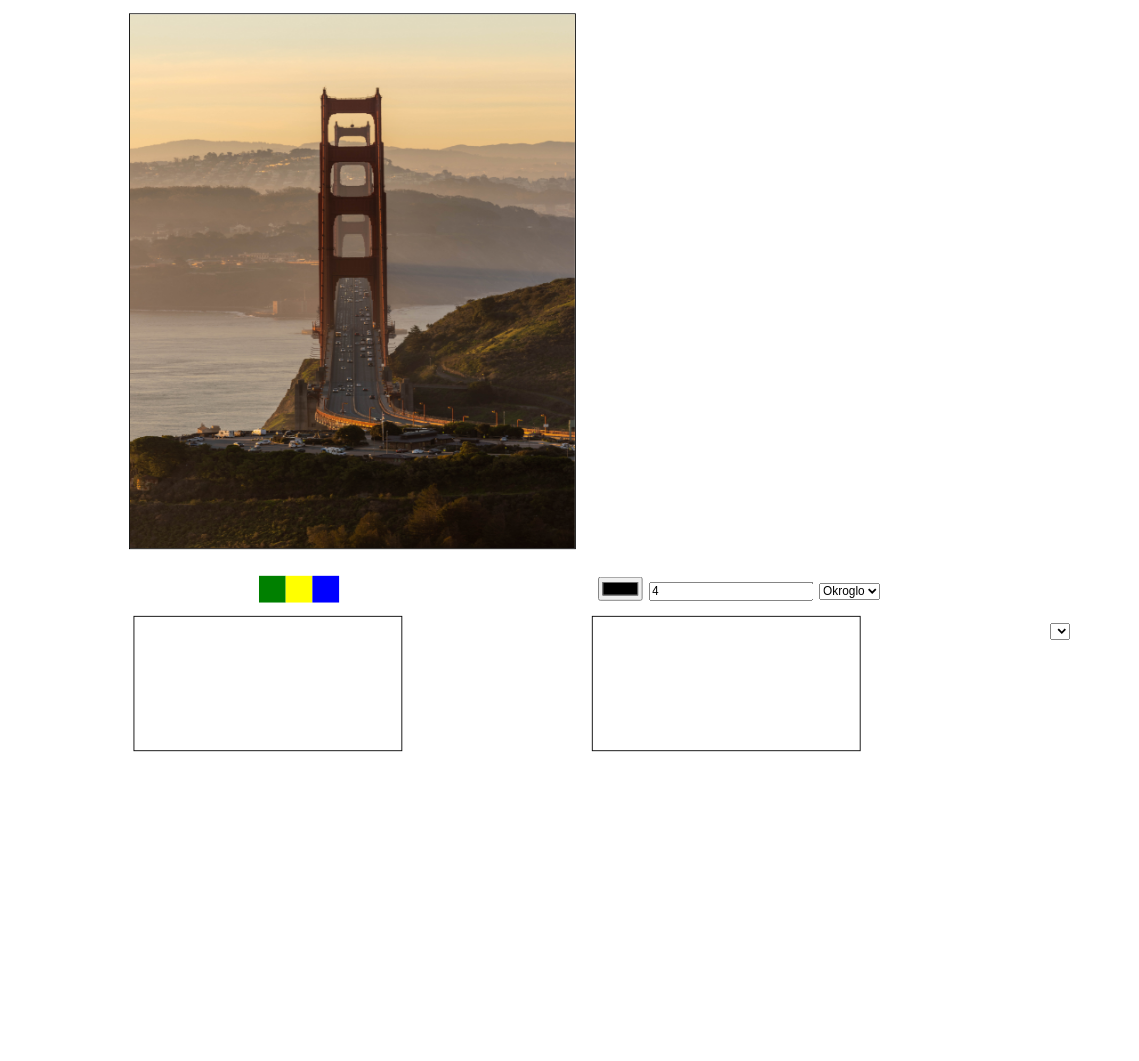
Repository: fussionko/web_photoshop
Page: index.html
These files come from the project's save history. The page is drawn as it stood at one moment and after the next save; the edit follows.
The browser window is 1280 px wide. The pictures show the whole page, at 89% of full size.
Some web libraries are served in a nearby version.

Above is the page before, as saved 2022-05-11 14:58:39.

### index.html
<!doctype html>
<html lang="en">
    <head>
        <meta charset="utf-8">
        <meta name="viewport" content="width=device-width, initial-scale=1">

        <title>Slike</title>
        <link rel="stylesheet" href="style.css">
    </head>
    <body>
        <div id="container-main">
            <canvas id="main_canvas"></canvas>
            <div id="container-buttons"></div>
            <div id="container-controls"></div>
        </div>
        <div id="container-assist">
            <div id="container-history"><div id="history-back"></div><div id="history-fow"></div><div id="history-reset"></div></div>
            <div id="container-color">
                <input type="color" id="color" value="#000000">
                <input type="number" id="brush-size" step="1" value="4">
                <select id="cap-type">
                    <option value="butt">Butt</option>
                    <option value="round" selected>Okroglo</option>
                    <option value="square">Kvadrat</option>
                </select>
            </div>
        </div>
        <div id="container-histogram">
            <div>
                <canvas id="main-chart"></canvas>
            </div>
            <div>
                <canvas id="main-graph"></canvas>
            </div>
            <div id="container-graph-data">
                <select id="basket-num"></select>
            </div>
        </div>
        <script src="https://cdnjs.cloudflare.com/ajax/libs/Chart.js/3.7.1/chart.min.js"></script>
        <script src="filters.js"></script>
        <script src="draw.js"></script>
        <script src="history.js"></script>
        <script src="graph.js"></script>
        <script src="main.js"></script>
    </body>
</html>

### style.css
html {
    margin: 0;
    width: 100%;
    height: 100%;

    background-color: white !important;
}
body {
    margin: 0;

    display: grid;
    align-items: center;

    font-size: 25px;
    background-color: white !important;
    width: 100%;
    height: 100%;

}

#container-main, #container-assist, #container-historgram {
    margin: 15px 0;
}

#container-main {
    display: flex;
}

#main_canvas {
    align-self: center;
    justify-self: center;
}

#container-main {
    width: 100%;
    display: grid;
    grid-template-columns: auto auto 200px;
    align-items: center;
    justify-content: space-evenly;

}
canvas {

    border: 1px solid black;
}

.button-function {
    border: 1px solid black;
    padding: 5px;
    margin: 5px;;
}

#container-assist {
    display: grid;
    grid-template-columns: auto auto ;
    justify-content: space-evenly;
}

#container-history {
    display: flex;

}

#history-back, #history-fow, #history-reset {
    width: 30px;
    height: 30px;
}

#history-fow {
    background-color: yellow;
}

#history-back {
    background-color: green;
}

#history-reset {
    background-color: blue;
}

#container-histogram {
    display: grid;
    grid-template-columns: 1fr 1fr 100px;
    margin-left: 150px;
    margin-bottom: 100px;
    height: 500px;
}

### draw.js
function loadDraw()
{
    document.addEventListener('mousemove', draw);
    document.addEventListener('mousedown', function(e){
        setPosition(e);
        draw(e);
    });
    document.addEventListener('mouseenter', setPosition);
    document.addEventListener('mouseup', function(e){
        if(e.clientX > canvas_x_position + canvas_width || e.clientX < canvas_x_position) return;
        if(e.clientY > canvas_y_position + canvas_height || e.clientY < canvas_y_position) return;
        loadImage(getPixelData());
    });

    document.getElementById("color").addEventListener("change", function(){
        draw_color = this.value;
    });

    document.getElementById("brush-size").addEventListener("change", function(){
        brush_size = parseInt(this.value);
    });

    document.getElementById("cap-type").addEventListener("change", function(){
        cap_type = this.value;
    });
}

let pos = {x:0, y:0}

function setPosition(e)
{
    pos.x = e.clientX - canvas_x_position;
    pos.y = e.clientY - canvas_y_position;
}

let draw_color = "#000000";
let brush_size = 4;
let cap_type = "round";
function draw(e)
{
    if (e.buttons !== 1) return;

    main_ctx.beginPath(); // begin

    main_ctx.lineWidth = brush_size;
    main_ctx.lineCap = cap_type;
    main_ctx.strokeStyle = draw_color;

    main_ctx.moveTo(pos.x, pos.y); // from
    setPosition(e);
    main_ctx.lineTo(pos.x, pos.y); // to

    main_ctx.stroke(); // draw it!


}

function delete_draw(e)
{
    if (e.buttons !== 1) return;

    main_ctx.beginPath(); // begin

    main_ctx.lineWidth = brush_size;
    main_ctx.lineCap = 'round';
    main_ctx.strokeStyle = draw_color;

    main_ctx.moveTo(pos.x, pos.y); // from
    setPosition(e);
    main_ctx.lineTo(pos.x, pos.y); // to

    main_ctx.stroke(); // draw it!
}

### history.js
function loadHistory()
{
    document.getElementById("history-back").addEventListener("click", function(){
        if(moveBackwardHistory() == -1) return;
        loadImageHistory();
    })

    document.getElementById("history-fow").addEventListener("click", function(){
        if(moveFowardHistory() == -1) return;
        loadImageHistory();
    })

    document.getElementById("history-reset").addEventListener("click", function(){
        let draw_image = new ImageData(canvas_width, canvas_height);
        draw_image.data.set(original_img_data);
        history = [draw_image.data];
        currentHistoryIndex = 1;
        current_filter_data["filter"] = "original";
        current_filter_data["index"] = 1;
        current_filter_data["data"] = draw_image.data;
        loadImageHistory();
    })
}

let history = [];
let currentHistoryIndex = 0;
function addToHistory(img_data)
{
    if(checkSame(img_data, history[history.length-1]) == 1) return;
    if(currentHistoryIndex != history.length)
        removeHistoryToIndex();

    history.push(img_data);
    currentHistoryIndex++;
}

function removeHistoryToIndex()
{
    history.splice(currentHistoryIndex, history.length-currentHistoryIndex)
}

function moveFowardHistory()
{
    if(currentHistoryIndex+1 > history.length) return -1;
    currentHistoryIndex++;
    return 1;
}

function moveBackwardHistory()
{
    if(currentHistoryIndex-1 <= 0) return -1;
    currentHistoryIndex--;
    return 1;
}

function getCurrentHistory()
{
    return history[currentHistoryIndex];
}

### graph.js
const graph_width = 265;
const graph_height = 250;

const chart_width = 600;
const chart_height = 500;

let main_graph;
let graph_ctx;

let chart_ctx;

let normalization_value = 35;
let graph_offset = 5;

let main_chart;

function initGraph()
{
    main_graph = document.getElementById("main-graph");
    graph_ctx = main_graph.getContext('2d');
    main_graph.width = graph_width;
    main_graph.height = graph_height;

    main_chart = document.getElementById("main-chart")
    chart_ctx = main_chart.getContext('2d');
    main_chart.width = chart_width;
    main_chart.height = chart_height;

    let select_basket = document.getElementById("basket-num")
    for(let i = 0; i <= 255; i++)
        if(255%i == 0)
        {
            let option = document.createElement("option");
            option.value = i;
            option.innerText = i;
            if(i == 255)
                option.selected = 1;
            select_basket.appendChild(option);
        }

    document.getElementById("basket-num").addEventListener("change", function(){
        let value = parseInt(this.value);
        basket_num = value;
        all_new_graphs(getPixelData());
    });

    clear_graph()
    create_graph()

    main_chart = new Chart(
        chart_ctx,
        config
    );

}

function all_new_graphs(img_data)
{
    clear_graph()
    create_graph()
    count_Pixel(img_data);

    updateLabels()
    addData(main_chart);



    normalizeGraph();
    draw_graph()
}

function clear_graph()
{
    graph_ctx.fillStyle = "#FFFFFF";
    graph_ctx.fillRect(0, 0, graph_width, graph_height);
}

let basket_num = 255;
let basket_size;
const graph_template = {
    "r":{},
    "g":{},
    "b":{}
}
let graph = JSON.parse(JSON.stringify(graph_template));

function create_graph()
{
    basket_size = 255/basket_num;
    graph = JSON.parse(JSON.stringify(graph_template));
    for(let i = 1; i <= basket_num; i++)
    {
        graph["r"][basket_size*i] = 0;
        graph["g"][basket_size*i] = 0;
        graph["b"][basket_size*i] = 0;
    }
}

function count_Pixel(img_data)
{
    let ranges = Object.keys(graph["r"]);

    for(let i = 0; i < img_data.length; i+=4)
    {
        for(const key in ranges)
            if(img_data[i] < parseInt(ranges[key]))
            {
                graph["r"][ranges[key]]++;
                break;
            }
        for(const key in ranges)
            if(img_data[i+1] < parseInt(ranges[key]))
            {
                graph["g"][ranges[key]]++;
                break;
            }
        for(const key in ranges)
            if(img_data[i+2] < parseInt(ranges[key]))
            {
                graph["b"][ranges[key]]++;
                break;
            }
    }
}

function normalizeGraph()
{
    for(const c in graph)
        for(const range in graph[c])
            graph[c][range] = Math.round(graph[c][range]/normalization_value);
}

let labels = [];
for(let i = 0; i<= 255; i++)
    labels[i] = i;


function updateLabels()
{
    labels = [];
    for(const label in graph["r"])
        labels.push(parseInt(label));
}


const data = {
    labels: labels,
    datasets: [
        {
            label: 'Red',
            data: [],
            borderColor: "#ff0000",
            backgroundColor: "#ff0000",
        },
        {
            label: 'Green',
            data: [],
            borderColor: "#00ff00",
            backgroundColor: "#00ff00",
        },
        {
            label: 'Blue',
            data: [],
            borderColor: "#0000ff",
            backgroundColor: "#0000ff",
        }
    ]
};

const config = {
    type: 'line',
    data: data,
    options: {
        responsive: false,
        plugins: {
            legend:
            {
                position: 'top',
            },
            title:
            {
                display: true,
                text: 'Histogram'
            }
        },
        scales: {
            xAxis: {
              ticks: {
                beginAtZero: true,
              }
            },
            yAxis: {
              ticks: {
                beginAtZero: true,
              }
            }
          },
          elements: {
            point:{
                radius: 0
            }
        },
        animations: {
            tension: {
              duration: 1000,
              easing: 'linear',
              from: 1,
              to: 0,
            }
          },
    },
};


function addData(chart) {
    chart.data.labels = labels;
    chart.data.datasets.forEach((dataset) => {
        dataset.data = [];
        if(dataset.label == "Red")
            for(const range in graph["r"])
                dataset.data.push(graph["r"][range]);
        else if(dataset.label == "Green")
            for(const range in graph["g"])
                dataset.data.push(graph["g"][range]);
        else if(dataset.label == "Blue")
            for(const range in graph["b"])
                    dataset.data.push(graph["b"][range]);
    });
    chart.update();
}


function draw_graph()
{
    graph_ctx.lineWidth = 1;

    for(let range in graph["r"])
    {
        range = parseInt(range);

        graph_ctx.beginPath();
        graph_ctx.moveTo(graph_offset+range, graph_height);
        graph_ctx.strokeStyle = "#FF0000";

        graph_ctx.lineTo(graph_offset+range, graph_height-graph["r"][range]);
        graph_ctx.stroke();
        graph_ctx.closePath();

        graph_ctx.beginPath();
        graph_ctx.moveTo(graph_offset+range, graph_height);
        graph_ctx.strokeStyle = "#00FF00";
        graph_ctx.lineTo(graph_offset+range, graph_height-graph["g"][range]);
        graph_ctx.stroke();
        graph_ctx.closePath();

        graph_ctx.beginPath();
        graph_ctx.moveTo(graph_offset+range, graph_height);
        graph_ctx.strokeStyle = "#0000FF";
        graph_ctx.lineTo(graph_offset+range, graph_height-graph["b"][range]);
        graph_ctx.stroke();
        graph_ctx.closePath();
    }
}

Loaded but not shown: main.js (435 lines, source omitted); filters.js (443 lines, source omitted)

After the next save:
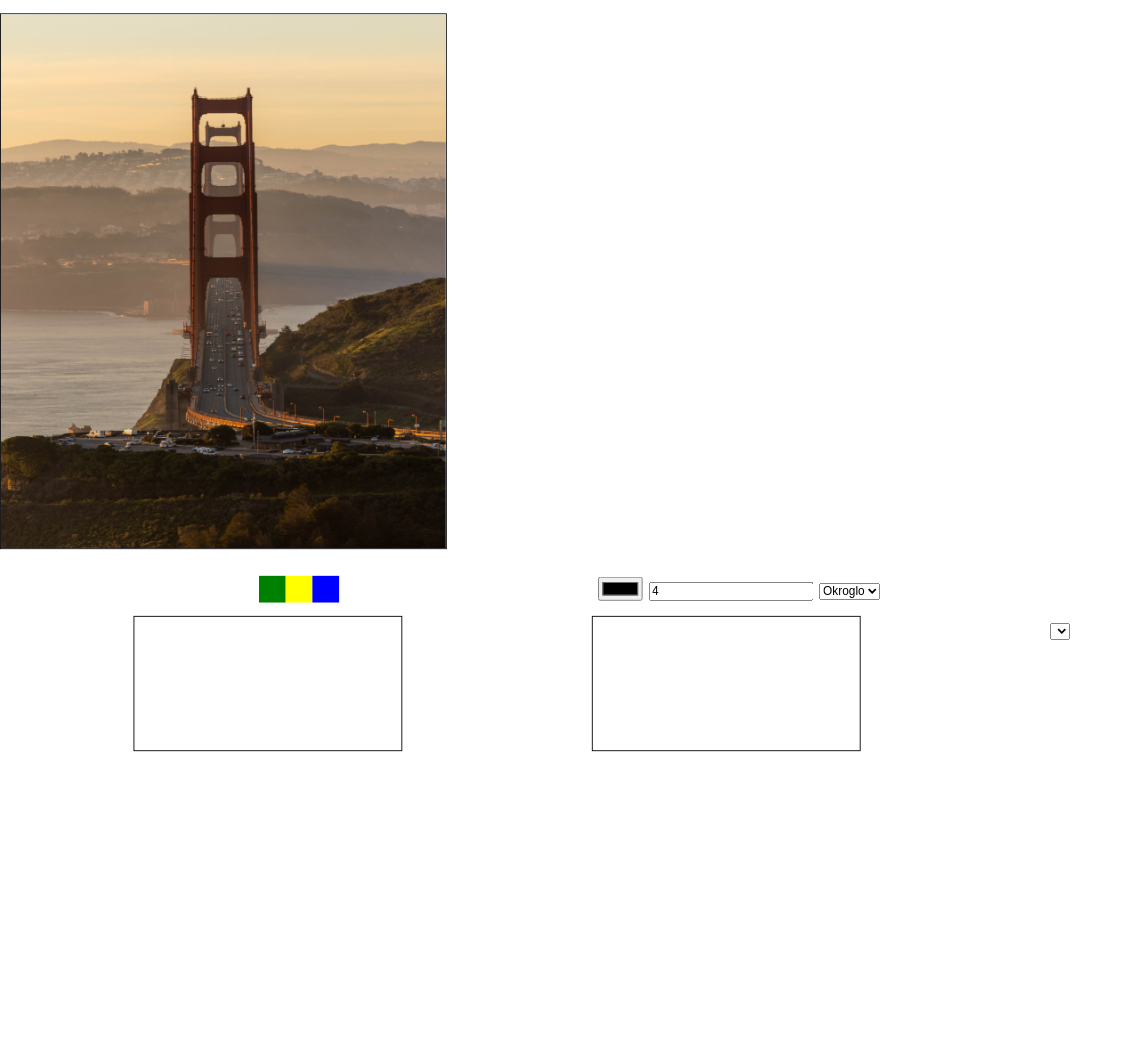
Saved 27 s later.
--- a/style.css
+++ b/style.css
@@ -22,10 +22,6 @@ body {
     margin: 15px 0;
 }
 
-#container-main {
-    display: flex;
-}
-
 #main_canvas {
     align-self: center;
     justify-self: center;
@@ -33,10 +29,7 @@ body {
 
 #container-main {
     width: 100%;
-    display: grid;
-    grid-template-columns: auto auto 200px;
-    align-items: center;
-    justify-content: space-evenly;
+    display: flex;
 
 }
 canvas {
